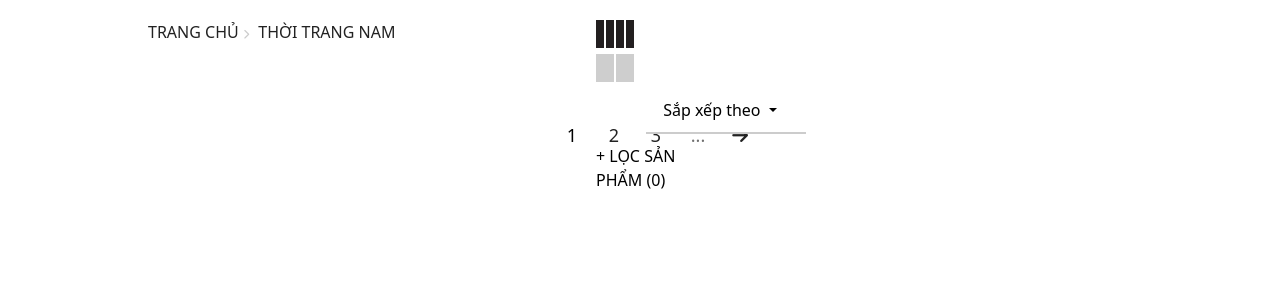
Repository: NguyenQuangQuan021099/FE_Page-Male
Page: index.html
An editor plug-in stored every save of this project. The page is shown before and after a run of saves, followed by the edit.
The browser window is 1280 px wide. The pictures show the whole page.
The page's requests for data from a server got no answer. Some web libraries are served in a nearby version.

Above is the page before, as saved 2021-07-09 08:35:51.

After the next 2 saves:
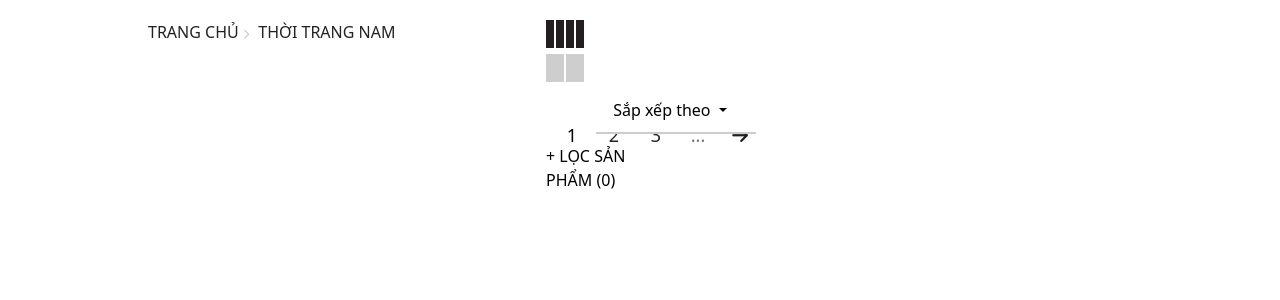
The 2 saves are shown as one change because they came seconds apart.
The last was saved 9 s later.
--- a/style.css
+++ b/style.css
@@ -306,8 +306,8 @@ li .renderItems .sub__div a:hover .sub__content{
 
     .sub__category__product__action{
         position: absolute;
-        right: -100px;
-    }
-
-
-}
+        right: -50px;
+    }
+
+
+}
